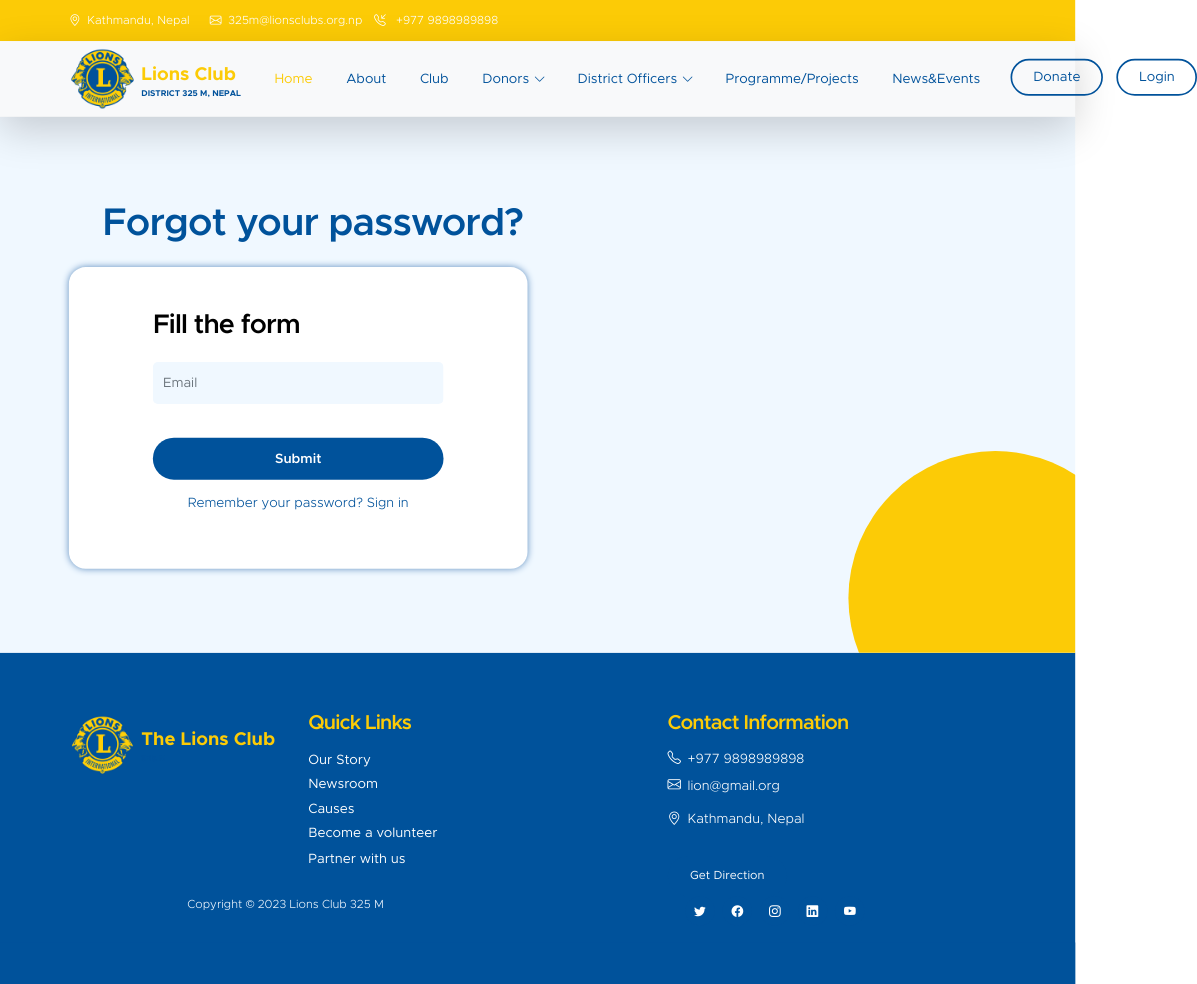
Repository: sandhya8109/Lions
Page: http://localhost/forget.php
The author's editor kept a copy of each file at every save. The page is drawn from the files as they stood at one save, then again after the next save.
The browser window is 1280 px wide. The page is 1425 px wide, so the pictures cover 1425 px, including what lies to the right of the window. The pictures show the whole page, at 84% of full size.
The page is run by PHP 8.4 with error messages shown; the project is at /var/www/html/.

Above is the page before, as saved 2023-06-18 14:01:55.
Console error: TypeError: Cannot read properties of undefined (reading 'top')

After the next save:
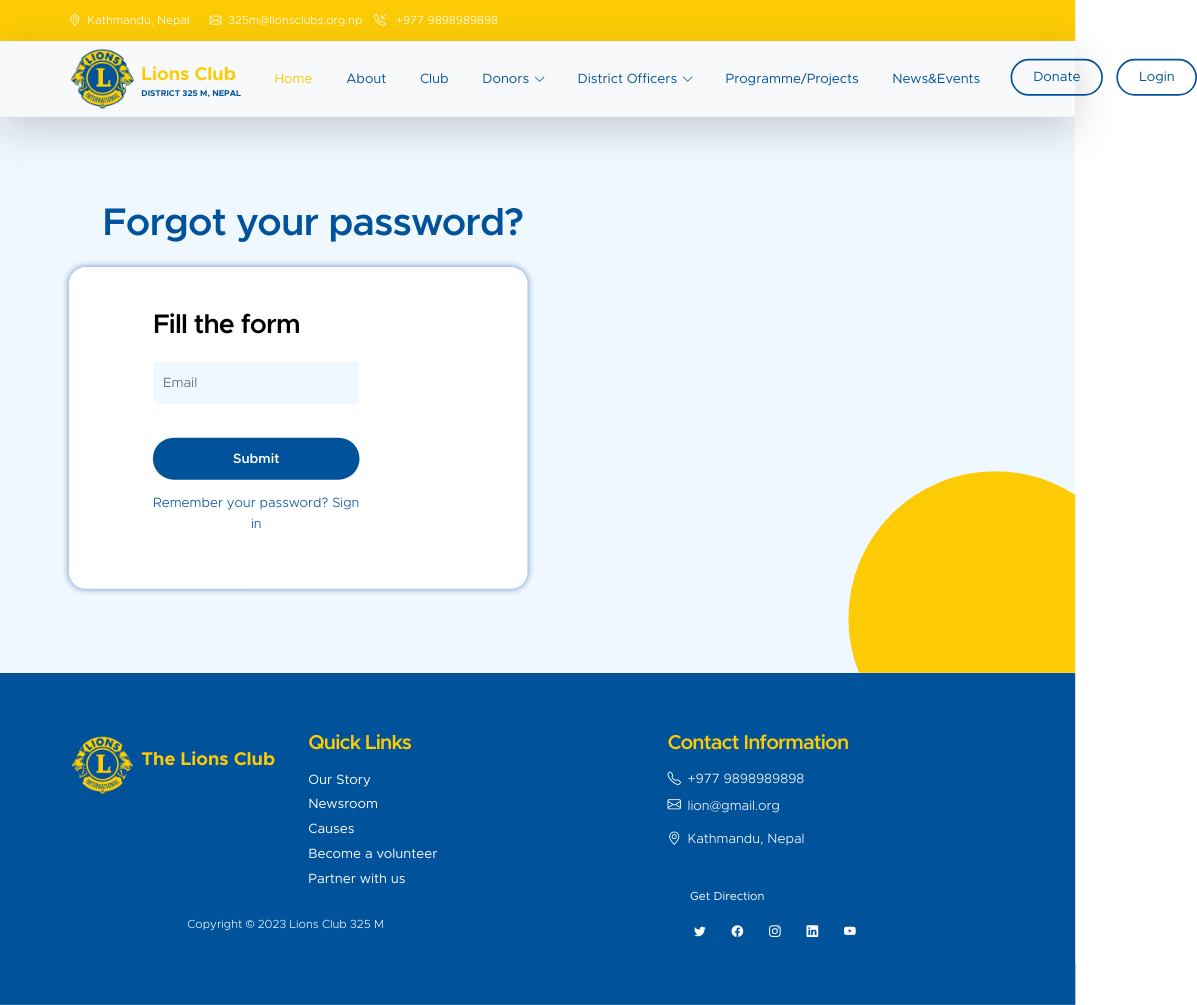
Saved 9 s later.
--- a/forget.php
+++ b/forget.php
@@ -8,7 +8,7 @@
             <div class="col-lg-6 col-12">
                 <h2 class="mb-4" style="color:#00529b; padding-left:40px; ">Forgot your password?</h2>
                 <form class="custom-form volunteer-form mb-5 mb-lg-0" action="#" method="post" role="form"
-                    style="box-shadow: 0 0 9px rgb(91, 139, 190); padding-left:100px; padding-right:100px;">
+                    style="box-shadow: 0 0 9px rgb(91, 139, 190); padding-left:100px; padding-right:200px;">
                     <h3 class="mb-4">Fill the form</h3>
 
                     <div class="row">
